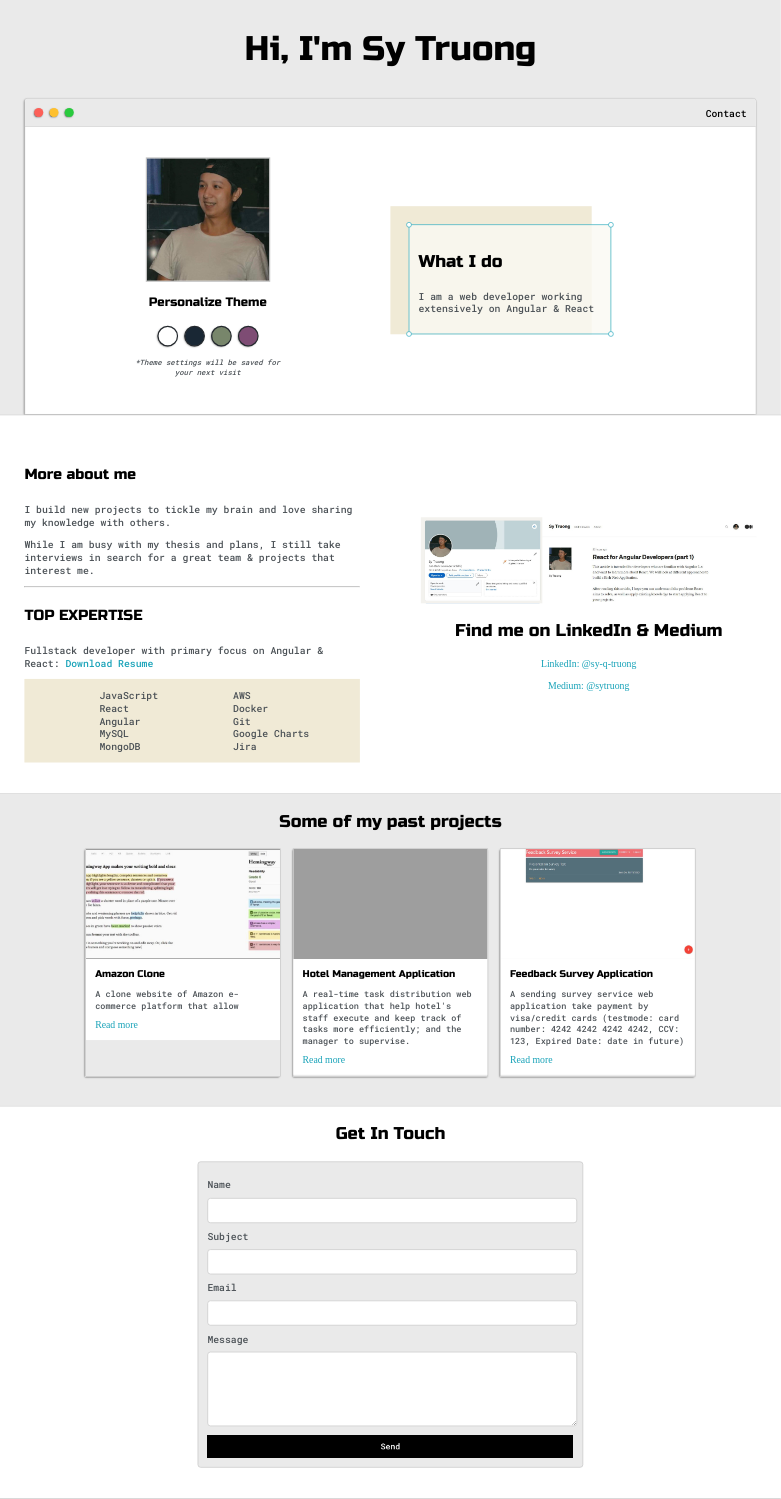
Repository: syytruong/porfolio
Page: index.html
The author's editor kept a copy of each file at every save. The page is drawn from the files as they stood at one save, then again after a run of saves.
The browser window is 1280 px wide. The pictures show the whole page, at 61% of full size.
Pictures or frames that could not be fetched are drawn as grey boxes.

Above is the page before, as saved 2021-03-09 23:56:04.
Console error: ReferenceError: emailjs is not defined

### index.html
<!DOCTYPE html>
<html>
    <head>
        <title>Sy Truong</title>
        <meta name="viewport" content="width=device-width,
        initial-scale=1, maximum-scale=1, minimum-scale=1" />

        <link href="https://fonts.googleapis.com/css2?family=Russo+One&display=swap" rel="stylesheet">

        <link href="https://fonts.googleapis.com/css2?family=Roboto+Mono:wght@500&family=Russo+One&display=swap" rel="stylesheet">

        <link rel="stylesheet" type="text/css" href="default.css" >

        <link id="theme-style" rel="stylesheet" type="text/css" href="" >

    </head>
    <body>

        <section class="s1">
            <div class="main-container">
                <div class="greeting-wrapper">
                    <h1>Hi, I'm Sy Truong</h1>
                </div>

                <div class="intro-wrapper">
                    <div class="nav-wrapper">
                        <div class="dots-wrapper">
                            <div id="dot-1" class="browser-dot"></div>
                            <div id="dot-2" class="browser-dot"></div>
                            <div id="dot-3" class="browser-dot"></div>
                        </div>

                        <ul id="navigation">
                            <li><a href="#contact-form">Contact</a></li>
                        </ul>
                    </div>

                    <div class="left-column">
                        <img id="profile_pic" src="images/profile-pic.jpg">
                        <h5 style="text-align:center; line-height: 0;">Personalize Theme</h5>

                        <div id="theme-options-wrapper">
                            <div data-mode="light" id="light-mode" class="theme-dot"></div>
                            <div data-mode="blue" id="blue-mode" class="theme-dot"></div>
                            <div data-mode="green" id="green-mode" class="theme-dot"></div>
                            <div data-mode="purple" id="purple-mode" class="theme-dot"></div>
                        </div>

                        <p id="settings-note">*Theme settings will be saved for<br>your next visit</p>
                    </div>

                    <div class="right-column">

                        <div id="preview-shadow">
                            <div id="preview">
                                <div id="corner-tl" class="corner"></div>
                                <div id="corner-tr" class="corner"></div>
                                <h3>What I do</h3>
                                <p>I am a web developer working extensively on Angular & React</p>
                                <div id="corner-br" class="corner"></div>
                                <div id="corner-bl" class="corner"></div>
                            </div>
                        </div>
                    </div>

                </div>
            </div>
        </section>

        <section class="s2">
            <div class="main-container">
                <div class="about-wrapper">
                    <div class="about-me">
                        <h4>More about me</h4>

                        <p>I build new projects to tickle my brain
                        and love sharing my knowledge with others.</p>

                        <p>While I am busy with my thesis and plans, I still
                        take interviews in search for a great team & projects
                        that interest me.</p>

                        <hr>

                        <h4>TOP EXPERTISE</h4>

                        <p>Fullstack developer with primary focus on Angular &
                        React: <a target="_blank" href="Resume-SyTruong.pdf">Download
                        Resume</a></p>

                        <div id="skills">
                            <ul>
                                <li>JavaScript</li>
                                <li>React</li>
                                <li>Angular</li>
                                <li>MySQL</li>
                                <li>MongoDB</li>
                            </ul>

                            <ul>
                                <li>AWS</li>
                                <li>Docker</li>
                                <li>Git</li>
                                <li>Google Charts</li>
                                <li>Jira</li>
                            </ul>
                        </div>
                    </div>

                    <div class="social-links">
                        <img id="social_image" src="images/follows.jpg" >
                        <h3>Find me on LinkedIn & Medium</h3>

                        <a target="_blank" href="https://www.linkedin.com/in/sy-q-truong/">LinkedIn: @sy-q-truong</a>
                        <br>
                        <a target="_blank" href="https://sytruong.medium.com/">Medium: @sytruong</a>
                    </div>
                </div>
            </div>
        </section>

        <section class="s1">
            <div class="main-container">
                <h3 style="text-align: center;">Some of my past
                projects</h3>

                <div class="post-wrapper">

                    <div>
                        <div class="post">
                            <img class="thumbnail" src="images/intellinote.jpg">
                            <div class="post-preview">
                                <h6 class="post-title">Amazon Clone</h6>
                                <p class="post-intro">A clone website of Amazon e-commerce
									platform that allow </p>
                                <a href="https://github.com/make2514/intellinote">Read more</a>
                            </div>
                        </div>
                    </div>

                    <div>
                        <div class="post">
                            <img class="thumbnail" src="images/hotel-management.png">
                            <div class="post-preview">
                                <h6 class="post-title">Hotel Management Application</h6>
                                <p class="post-intro">A real-time task distribution web
                                application that help hotel's staff execute and keep track
                                of tasks more efficiently; and the manager to supervise.</p>
                                <a href="https://github.com/syytruong/hotel-management-project">Read more</a>
                            </div>
                        </div>
                    </div>

                    <div>
                        <div class="post">
                            <img class="thumbnail" src="images/survey-feedback.JPG">
                            <div class="post-preview">
                                <h6 class="post-title">Feedback Survey Application</h6>
                                <p class="post-intro">A sending survey service web application
                                take payment by visa/credit cards (testmode: card number: 4242
                                4242 4242 4242, CCV: 123, Expired Date: date in future)</p>
                                <a href="https://radiant-wave-47896.herokuapp.com/surveys#">Read more</a>
                            </div>
                        </div>
                    </div>

                </div>
            </div>
        </section>

        <section class="s2">
            <div class="main-container">
                <h3 style="text-align: center;">Get In Touch</h3>

                <form id="contact-form" method="post">
                    <label>Name</label>
                    <input class="input-field" type="text" name="name">

                    <label>Subject</label>
                    <input class="input-field" type="text" name="subject">

                    <label>Email</label>
                    <input class="input-field" type="text" name="email">

                    <label>Message</label>
                    <textarea class="input-field" name="message"></textarea>

                    <input id="submit-btn" type="submit" value="Send">
                    <div class="loader"></div>
                </form>

            </div>
        </section>

        <script type="text/javascript" src="https://cdn.jsdelivr.net/npm/emailjs-com@2/dist/email.min.js"></script>
        <script type="text/javascript">
            (function() {
                emailjs.init('user_Lo0f3AfhSxMuhWhPZ4k4G');
            })();
        </script>
        <script type="text/javascript" src="script.js"></script>

    </body>
</html>

### default.css
:root {
    --mainColor: #eaeaea;
    --secondaryColor: #fff;

    --borderColor: #c1c1c1;

    --mainText: black;
    --secondaryText: #4b5156;

    --themeDotBorder: #24292e;

    --previewBg: rgb(251, 249, 243, 0.8);
    --previewShadow: #f0ead6;

    --btnColor: black;
    --btnBorderColor: #000;
}

html {
    scroll-behavior: smooth;
}

html, body {
    padding: 0;
    margin: 0;
}

body * {
    transition: 0.3s;
}

h1, h2, h3, h4, h5, h6, strong {
    color: var(--mainText);
    font-family: 'Russo One', sans-serif;
    font-weight: 500;
}

p, li, span, label, input, textarea {
    color: var(--secondaryText);
    font-family: 'Roboto Mono', monospace;
}

a {
    text-decoration: none;
    color: #17a2b8;
}

ul {
    list-style: none;
}

h1 { font-size: 56px;}
h2 { font-size: 36px;}
h3 { font-size: 28px;}
h4 { font-size: 24px;}
h5 { font-size: 20px;}
h6 { font-size: 16px;}

.s1 {
    background-color: var(--mainColor);
    border-bottom: 1px solid var(--borderColor);
    overflow: auto;
}

.s2 {
    background-color: var(--secondaryColor);
    border-bottom: 1px solid var(--borderColor);
    overflow: auto;
}

.main-container {
    width: 1200px;
    margin: 0 auto;
}

.greeting-wrapper {
    display: grid;
    text-align: center;
    align-content: center;
    min-height: 10em;
}

.intro-wrapper {
    background-color: var(--secondaryColor);
    border: 1px solid var(--borderColor);
    border-radius: 5px 5px 0 0;

    -webkit-box-shadow: -1px 1px 3px -1px rgba(0,0,0,0.75);
    -moz-box-shadow: -1px 1px 3px -1px rgba(0,0,0,0.75);
    box-shadow: -1px 1px 3px -1px rgba(0,0,0,0.75);

    display: grid;
    grid-template-columns: 1fr 1fr;
    grid-template-areas:
        'nav-wrapper nav-wrapper'
        'left-column right-column'
    ;
}

.nav-wrapper {
    grid-area: nav-wrapper;
    border-bottom: 1px solid var(--borderColor);
    border-radius: 5px 5px 0 0;
    display: flex;
    justify-content: space-between;
    align-items: center;
    background-color: var(--mainColor);
}

#navigation a {
    color: var(--mainText);
}

#navigation {
    margin: 0;
    padding: 10px;
}

#navigation li {
    display: inline-block;
    margin-right: 5px;
    margin-left: 5px;
}

.dots-wrapper {
    display: flex;
    padding: 10px;
}

#dot-1 {
    background-color: #fc6058;
}

#dot-2 {
    background-color: #FEC02F;
}

#dot-3 {
    background-color: #2ACA3E;
}

.browser-dot {
    background-color: black;
    height: 15px;
    width: 15px;
    border-radius: 50%;
    margin: 5px;

    -webkit-box-shadow: -1px 1px 3px -1px rgba(0,0,0,0.75);
    -moz-box-shadow: -1px 1px 3px -1px rgba(0,0,0,0.75);
    box-shadow: -1px 1px 3px -1px rgba(0,0,0,0.75);
}

.left-column {
    grid-area: left-column;
    padding-top: 50px;
    padding-bottom: 50px;
}

#profile_pic {
    display: block;
    margin: 0 auto;

    height: 200px;
    width: 200px;
    object-fit: cover;
    border: 2px solid var(--borderColor);
}

#theme-options-wrapper {
    display: flex;
    justify-content: center;
}

.theme-dot {
    height: 30px;
    width: 30px;
    border-radius: 50%;

    margin: 5px;
    border: 2px solid var(--themeDotBorder);

    -webkit-box-shadow: -1px 1px 3px -1px rgba(0,0,0,0.75);
    -moz-box-shadow: -1px 1px 3px -1px rgba(0,0,0,0.75);
    box-shadow: -1px 1px 3px -1px rgba(0,0,0,0.75);

    cursor: pointer;
}

.theme-dot:hover {
    border-width: 5px;
}

#light-mode {
    background-color: #fff;
}

#blue-mode {
    background-color: #192734;
}

#green-mode {
    background-color: #78866b;
}

#purple-mode {
    background-color: #7E4C74;
}

#settings-note {
    font-size: 12px;
    font-style: italic;
    text-align: center;
}

.right-column {
    grid-area: right-column;
    display: grid;
    align-content: center;

    padding-top: 50px;
    padding-bottom: 50px;
}

#preview-shadow {
    background-color: var(--previewShadow);
    width: 300px;
    height: 180px;
    padding-left: 30px;
    padding-top: 30px;
}

#preview {
    width: 300px;
    border: 1.5px solid #17a2b8;
    background-color: var(--previewBg);
    padding: 15px;
    position: relative;
}

.corner {
    width: 7px;
    height: 7px;
    border-radius: 50%;
    border: 1.5px solid #17a2b8;
    background-color: #fff;
    position: absolute;
}

#corner-tl {
    top: -5px;
    left: -5px;
}

#corner-tr {
    top: -5px;
    right: -5px;
}

#corner-br {
    bottom: -5px;
    right: -5px;
}

#corner-bl {
    bottom: -5px;
    left: -5px;
}

.about-wrapper {
    display: grid;
    grid-template-columns: repeat(auto-fit, minmax(320px, 1fr));
    padding-bottom: 50px;
    padding-top: 50px;
    gap: 100px;
}

#skills {
    display: flex;
    justify-content: space-evenly;
    background-color: var(--previewShadow);
}

.social-links {
    display: grid;
    align-content: center;
    text-align: center;
}

#social_image {
    width: 100%;
}

.post-wrapper {
    display: grid;
    grid-template-columns: repeat(auto-fit, 320px);
    gap: 20px;
    justify-content: center;
    padding-bottom: 50px;
}

.post {
    border: 1px solid var(--borderColor);
    -webkit-box-shadow: -1px 1px 3px -1px rgba(0,0,0,0.75);
    -moz-box-shadow: -1px 1px 3px -1px rgba(0,0,0,0.75);
    box-shadow: -1px 1px 3px -1px rgba(0,0,0,0.75);
    height: 100%;
}

.thumbnail {
    display: block;
    width: 100%;
    height: 180px;
    object-fit: cover;
}

.post-preview {
    background-color: #fff;
    padding: 15px;
}

.post-title {
    color: black;
    margin: 0;
}

.post-intro {
    color: #4b5156;
    font-size: 14px;
}

#contact-form {
    display: block;
    max-width: 600px;
    margin: 0 auto;
    border: 1px solid var(--borderColor);
    padding: 15px;
    border-radius: 5px;
    background-color: var(--mainColor);
    margin-bottom: 50px;
}

#contact-form label {
    line-height: 2.7em;
}

#contact-form textarea {
    min-height: 100px;
    font-size: 14px;
}

input[type='submit'] {
    border: 0;
}

.input-field {
    width: 100%;
    padding-top: 10px;
    padding-bottom: 10px;
    background-color: var(--secondaryColor);
    border-radius: 5px;
    border: 1px solid var(--borderColor);
    font-size: 14px;
}

#submit-btn {
    margin-top: 10px;
    width: 100%;
    padding-top: 10px;
    padding-bottom: 10px;
    color: #fff;
    background-color: var(--btnColor);
    border: 0;
    cursor: pointer;
    will-change: transform;
	transition: all .2s ease;
}

#submit-btn:hover {
    border-width: 5px;
    border: solid #fff;
}

#submit-btn:active {
    font-size: 15px;
	transform: translateY(1px);
}

#submit-btn:focus {
    border: 0 !important;
}

.active {
    width: 100px !important;
    height: 50px !important;
    font-size: 0;
    border: 0;
	border-radius: 25px;
	width: 50px;
	background: transparent;
}

.loader {
    display: none;
    border: 5px solid #f3f3f3 !important;
    border-radius: 50% !important;
    border-top: 5px solid var(--btnColor) !important;
    width: 50px !important;
    height: 50px;
    outline: none im !important;
    margin-left: calc(50% - 15px) !important;
    background-color: #fff !important;
    -webkit-animation: spin 1s linear infinite;
    animation: spin 1s linear infinite;
}

.loader:hover {
    border: 0;
}

.success {
    background: #4BB543 !important;
	border-color: 0 !important;
	font-size: 14px;
	color: #fff;
}

.success:hover {
    border: 0;
}

@-webkit-keyframes spin {
    0% { -webkit-transform: rotate(0deg); }
    100% { -webkit-transform: rotate(360deg); }
}


@keyframes spin {
    0% {
        transform: rotateZ(0);
   }
    100% {
        transform: rotateZ(360deg);
   }
}


@media screen and (max-width: 1200px) {
    .main-container {
        width: 95%;
    }
}

@media screen and (max-width: 800px) {
    .intro-wrapper {

        grid-template-columns: 1fr;
        grid-template-areas:
            'nav-wrapper'
            'left-column'
            'right-column'
        ;
    }

    .right-column {
        justify-content: center;
    }
}

### script.js
let theme = localStorage.getItem('theme');

theme == null ? setTheme('light') : setTheme(theme);

let themeDots = document.getElementsByClassName('theme-dot');

for (var i = 0; themeDots.length > i; i++) {
    themeDots[i].addEventListener('click', function(){
        let mode = this.dataset.mode;
        setTheme(mode);
    })
}

function setTheme(mode) {
    switch (mode) {
        case 'light':
            document.getElementById('theme-style').href = 'default.css';
            break;
        case 'blue':
            document.getElementById('theme-style').href = 'blue.css';
            break;
        case 'green':
            document.getElementById('theme-style').href = 'green.css';
            break;
        case 'purple':
            document.getElementById('theme-style').href = 'purple.css';
            break;
    }

    localStorage.setItem('theme', mode);
}

window.onload = function() {
    document.getElementById('contact-form').addEventListener('submit', function(event) {
        event.preventDefault();

        emailjs.sendForm('service_458rago', 'template_fnagptr', '#contact-form')
            .then(function() {
                sendSuccess();
            }, function(error) {
                alert('Cannot send email. Error: ', error);
            });
    });

    function sendSuccess() {
        let submitBtn = document.querySelector('#submit-btn');
        if (submitBtn.classList.contains('active') || submitBtn.classList.contains('success')) {
            return false;
        }

        submitBtn.classList.add('active');
        setTimeout(() => {
			document.querySelector('.loader').style.display = "block";
            document.querySelector('#submit-btn').style.display = "none";
		}, 125);
        setTimeout(() => {
			document.querySelector('.loader').style.display = "none";
            document.querySelector('#submit-btn').style.display = "";
            submitBtn.classList.remove('active');
			submitBtn.value = "Success!";
			submitBtn.classList.add("success");
		}, 1800);
        setTimeout(() => {
			submitBtn.value = "Send";
			submitBtn.classList.remove("success");
			submitBtn.blur();
		}, 3000);
    }

}

After the next 2 saves:
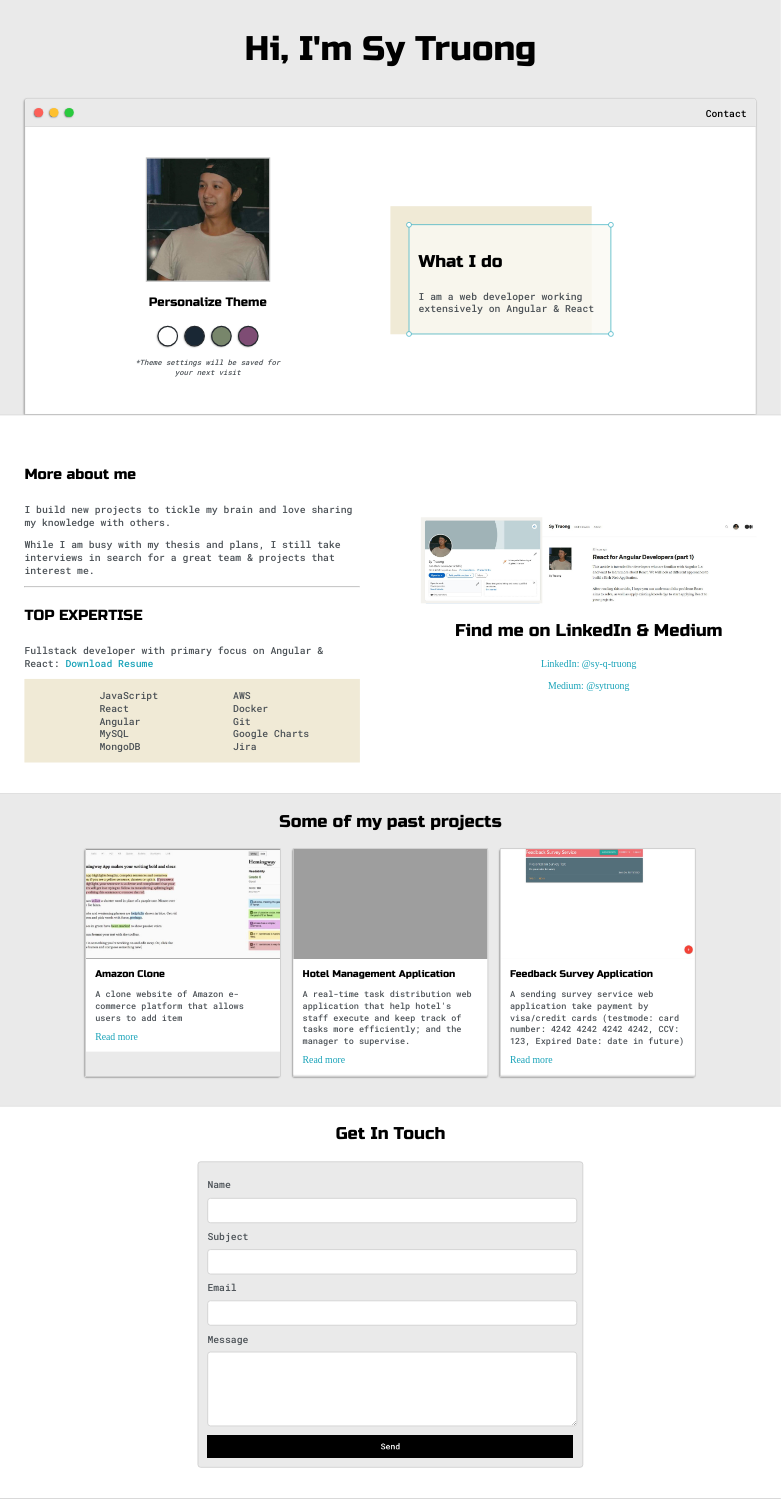
The 2 saves are shown as one change because they came seconds apart.
The last was saved 6 s later.
--- a/index.html
+++ b/index.html
@@ -132,7 +132,7 @@
                             <div class="post-preview">
                                 <h6 class="post-title">Amazon Clone</h6>
                                 <p class="post-intro">A clone website of Amazon e-commerce
-									platform that allow </p>
+									platform that allows users to add item </p>
                                 <a href="https://github.com/make2514/intellinote">Read more</a>
                             </div>
                         </div>
